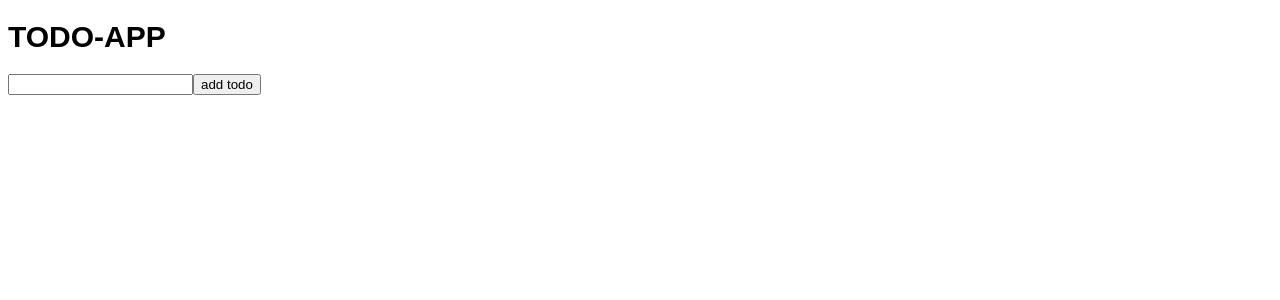
Repository: bilelsalemdev/todo-app
Page: /
These files come from the project's save history. The page is drawn as it stood at one moment and after the next save; the edit follows.
The browser window is 1280 px wide. The pictures show the whole page.
The project was rebuilt for these pictures with package versions that can differ from the ones it lists, and the page was loaded fresh each time.

Above is the page before, as saved 2022-11-04 17:59:46.

After the next save:
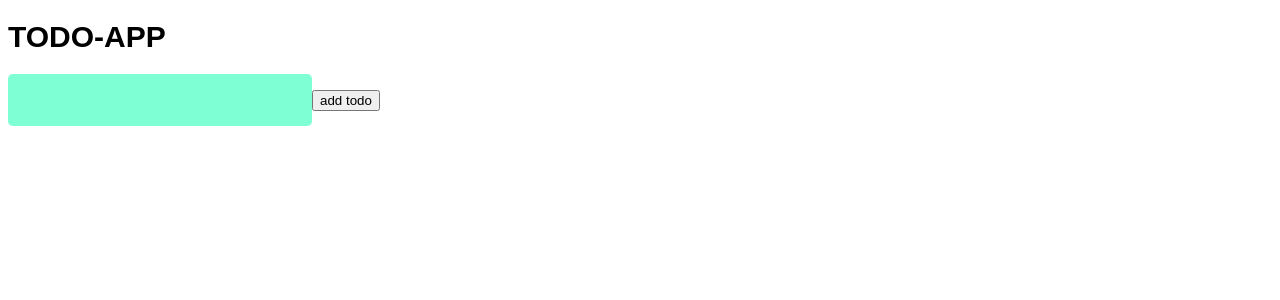
Saved 99 s later.
--- a/src/App.css
+++ b/src/App.css
@@ -2,4 +2,16 @@
   font-size:30px;
   font-family: sans-serif;
   font-weight:bold;
+
 }
+.input {
+  border-radius: 5px;
+  border: none;
+  background-color: aquamarine;
+width: 300px;
+height: 50px;
+}
+.input:hover{
+  background-color:azure;
+
+}
